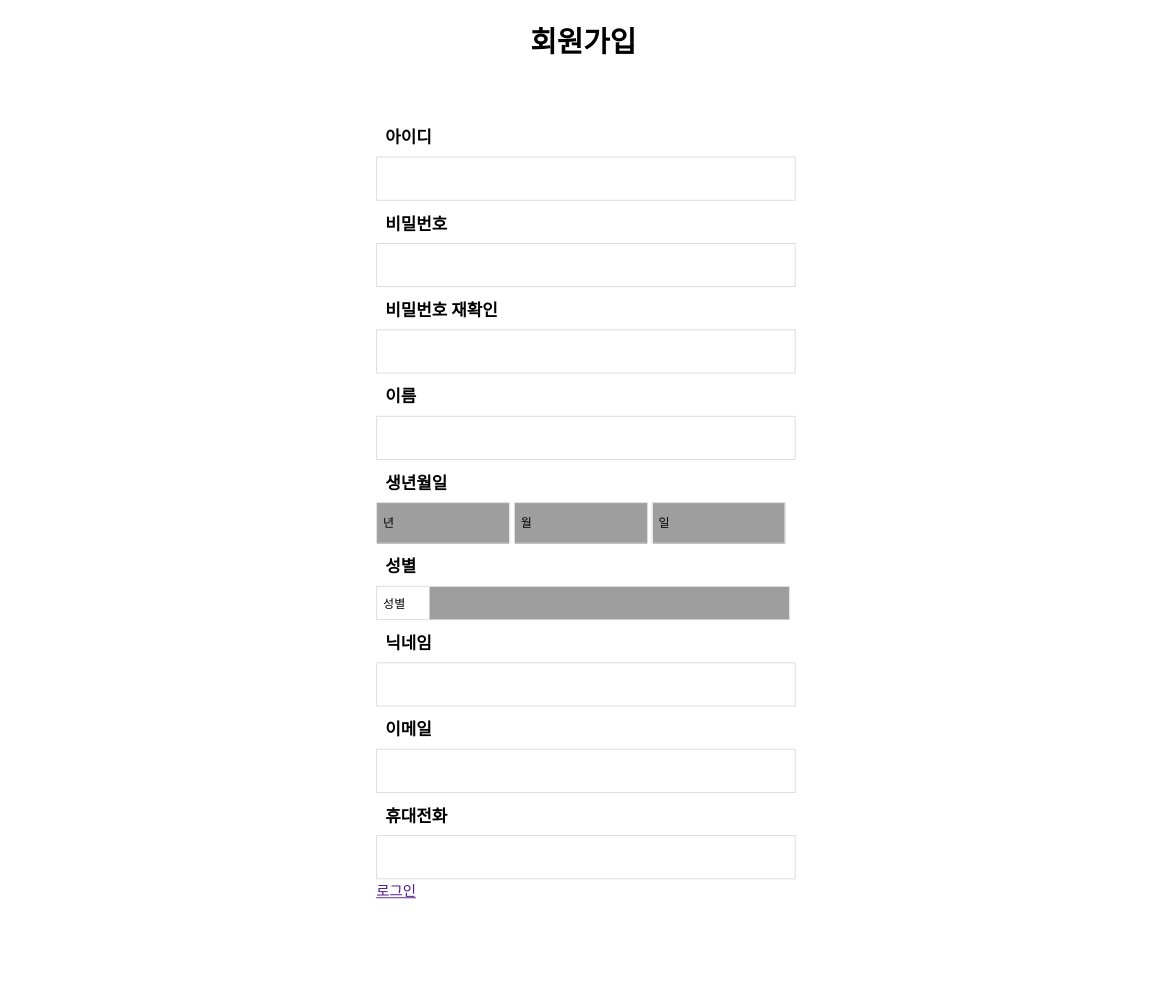
Repository: agheha/trillion
Page: YH/study_project/html/signup.html
These files come from the project's save history. The page is drawn as it stood at one moment and after the next save; the edit follows.
The browser window is 1280 px wide. The page is 1288 px wide, so the pictures cover 1288 px, including what lies to the right of the window. The pictures show the whole page, at 90% of full size.
Pictures or frames that could not be fetched are drawn as grey boxes.

Above is the page before, as saved 2019-09-04 16:59:00.

### YH/study_project/html/signup.html
<!DOCTYPE html>
<html lang="en">
<head>
    <meta charset="UTF-8">
    <meta name="viewport" content="width=device-width, initial-scale=1.0">
    <meta http-equiv="X-UA-Compatible" content="ie=edge">
    <title>Document</title>
    <link rel="stylesheet" href="./../css/signup.css">
</head>
<body>
    <header><h1>회원가입</h1></header>
    <form>
        <fieldset>
                <div>
                    <h3>아이디</h3>
                    <div><input class="user_id" type="text" name="msg"></div>
                    <h3>비밀번호</h3>
                    <div><input type="password" name="pass"></div>
                    <h3>비밀번호 재확인</h3>
                    <div><input type="password" name="pass"></div>
                    <h3>이름</h3>
                    <div><input type="text" name="name"></div>
                    <h3>생년월일</h3>
                    <div>
                        <select id="birth_year" name="year">
                            <option value="1990">1990</option>
                            <option value="1991">1991</option>
                            <option value="1992">1992</option>
                            <option value="1993">1993</option>
                            <option value="1994">1994</option>
                            <option value="1995">1995</option>
                            <option value="1996">1996</option>
                            <option value="1997">1997</option>
                            <option value="1998">1998</option>
                            <option value="1999">1999</option>
                            <option value="2001">2001</option>
                            <option value="2002">2002</option>
                            <option value="2003">2003</option>
                            <option value="2004">2004</option>
                            <option value="2005">2005</option>
                            <option value="2006">2006</option>
                            <option value="2007">2007</option>
                            <option value="2008">2008</option>
                            <option value="2009">2009</option>
                            <option value="2010">2010</option>
                            <option value="2011">2011</option>
                            <option value="2012">2012</option>
                            <option value="2013">2013</option>
                            <option value="2014">2014</option>
                            <option value="2015">2015</option>
                            <option value="2016">2016</option>
                            <option value="2017">2017</option>
                            <option value="2018">2018</option>
                            <option value="2019">2019</option>
                            <option value="0" selected>년</option>
                        </select>
                        <select id="birth_month" name="month">
                            <option value="1">1</option>
                            <option value="2">2</option>
                            <option value="3">3</option>
                            <option value="4">4</option>
                            <option value="5">5</option>
                            <option value="6">6</option>
                            <option value="7">7</option>
                            <option value="8">8</option>
                            <option value="9">9</option>
                            <option value="10">10</option>
                            <option value="11">11</option>
                            <option value="12">12</option>
                        <option value="0" selected>월</option>
                    </select>
                        <select id="birth_date" name="date">
                            <option value="1">1</option>
                            <option value="2">2</option>
                            <option value="3">3</option>
                            <option value="4">4</option>
                            <option value="5">5</option>
                            <option value="6">6</option>
                            <option value="7">7</option>
                            <option value="8">8</option>
                            <option value="9">9</option>
                            <option value="10">10</option>
                            <option value="11">11</option>
                            <option value="12">12</option>
                            <option value="13">13</option>
                            <option value="14">14</option>
                            <option value="15">15</option>
                            <option value="16">16</option>
                            <option value="17">17</option>
                            <option value="18">18</option>
                            <option value="19">19</option>
                            <option value="20">20</option>
                            <option value="21">21</option>
                            <option value="22">22</option>
                            <option value="23">23</option>
                            <option value="24">24</option>
                            <option value="25">25</option>
                            <option value="26">26</option>
                            <option value="27">27</option>
                            <option value="28">28</option>
                            <option value="29">29</option>
                            <option value="30">30</option>
                            <option value="31">31</option>
                         <option value="0" selected>일</option>
                        </select>
                </div>
                <h3>성별</h3>
                <div>
                     <select id="gender" name="gender">
                        <option value="1">남자</option>
                        <option value="2">여자</option>
                        <option value="0" selected>성별</option>
                    </select>
                </div>
                <h3>닉네임</h3>
                <div><input type="password" name="nicname"></div>
                <h3>이메일</h3>
                <div><input type="email" name="email" required></div>
                <h3>휴대전화</h3>
                <div><input type="text" name="phnum"></div>
                <div>
                        <a class="btn" id="loginBtn" href="">로그인</a>
                </div>
            </div>
        </fieldset>
        <footer></footer>
    </form>
</body>
</html>

### YH/study_project/css/signup.css
body,html {
    width : 100%;
    height: 100%;
}
input{
    width: 100%;
    height: 45px;
    border: 1px solid #dadada;
    font-size: 15px;
}

#gender{
    width: 100%;
    height: 100%;
    border: 1px solid #dadada;
    padding: .8em .5em;
    font-family: inherit;
    background: #FFF url(https://static.nid.naver.com/images/join/pc/sel_arr_2x.gif) 100% 50% no-repeat;
    border-radius: 0px;
    -webkit-appearance: none;
    -moz-appearance: none;
    appearance: none;
}
#birth_year,#birth_month,#birth_date {
    width: 149px;
    height: 46px;
    border: 1px solid #dadada;
    padding: .8em .5em;
    font-family: inherit;
    background: #FFF url(https://static.nid.naver.com/images/join/pc/sel_arr_2x.gif) 100% 50% no-repeat;
    border-radius: 0px;
    -webkit-appearance: none;
    -moz-appearance: none;
    appearance: none;

}
h1 {
    text-align: center;
}
h3 {
    margin : 10px;
}
fieldset {
    width: 890px;
    margin : 0 auto;
    border : none;
}
fieldset > div {
    width: 460px;
    margin : 0 auto;
}
header{
    height: 100px;
    width: 100%;
}
footer {
    height: 100px;
    width: 100%;
}

After the next save:
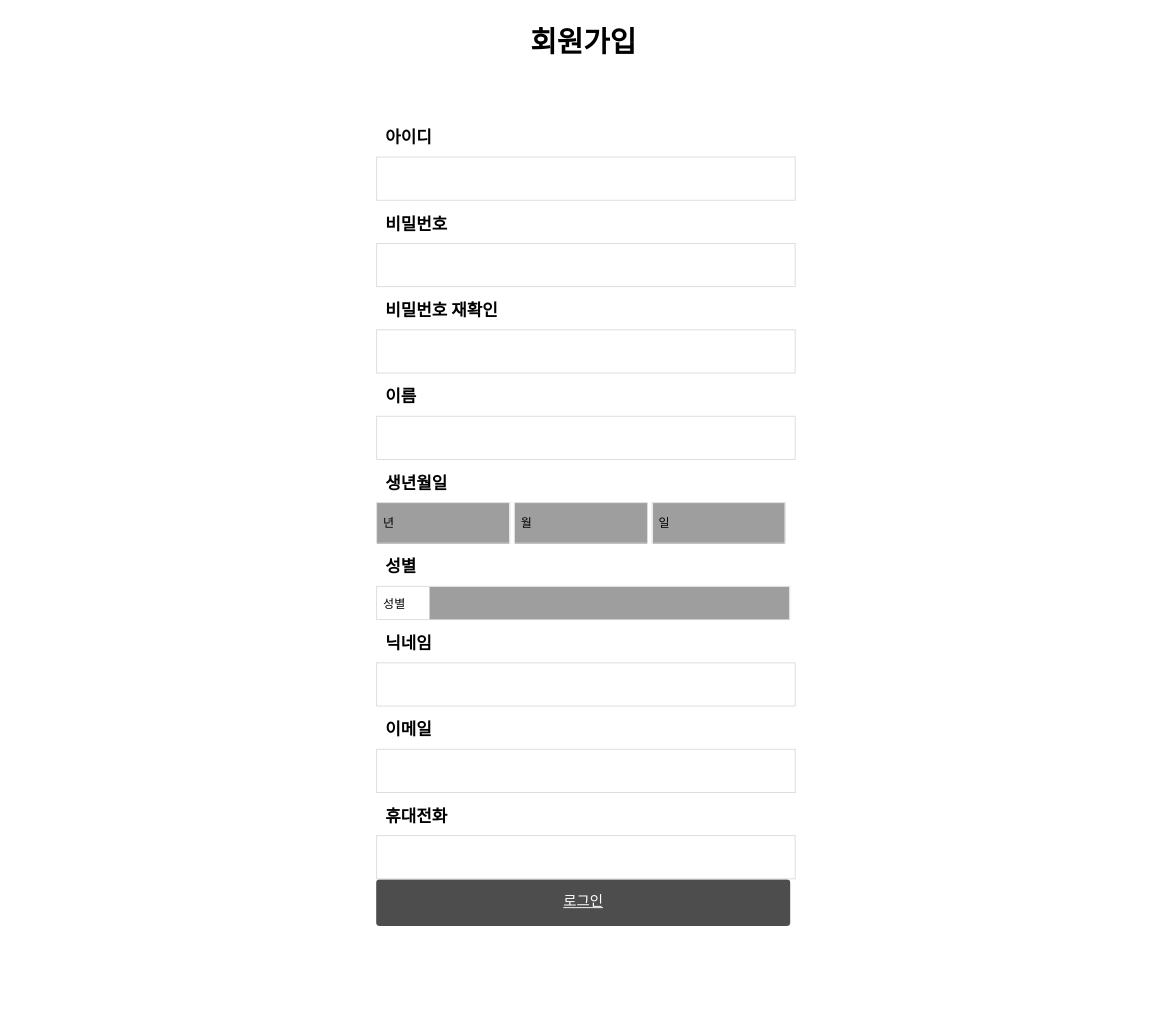
Saved 33 s later.
--- a/YH/study_project/css/signup.css
+++ b/YH/study_project/css/signup.css
@@ -57,3 +57,14 @@ footer {
     height: 100px;
     width: 100%;
 }
+.btn{
+    color: #fff;
+    background-color: #4d4d4d;
+    border-color: #404040;
+    display: block;
+    width : 100%;
+    height: 52px;
+    border-radius: 4px;
+    line-height: 50px;
+    text-align: center;
+}
